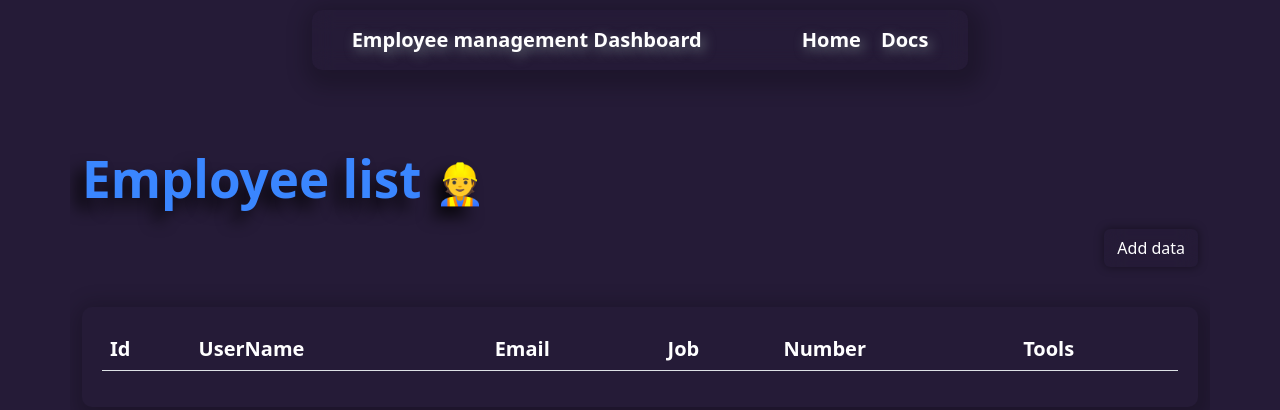
Repository: iamevs/Employee-Management-System
Page: /home (app in client/)
The author's editor kept a copy of each file at every save. The page is drawn from the files as they stood at one save, then again after the next save.
The browser window is 1280 px wide. The pictures show the whole page.
The page's requests for data from a server got no answer. The project was rebuilt for these pictures with package versions that can differ from the ones it lists, and the page was loaded fresh each time. No one was signed in, and anything a server would have sent is missing. Also part of the build but not shown: client/vite.config.js, client/src/components/Register.jsx, client/src/components/Edit.jsx, client/src/components/Hero.jsx. Imported but missing from the stored project, and not drawn on this page: client/src/components/Details.

Above is the page before, as saved 2022-11-29 00:27:22.

### client/index.html
<html lang="en">
  <head>
    <meta charset="UTF-8" />
    <link rel="icon" type="image/svg+xml" href="/vite.svg" />
    <meta name="viewport" content="width=device-width, initial-scale=1.0" />
    <title>employee-management</title>
  </head>
  <body>
    <div id="root"></div>
    <script type="module" src="/src/main.jsx"></script>
  </body>
</html>

### client/src/main.jsx
import React, { StrictMode } from 'react';
import ReactDOM from 'react-dom';
import { createRoot } from "react-dom/client";
import './index.css';
import App from './App';
import { BrowserRouter } from "react-router-dom"
import ContextProvider from "./components/context/ContextProvider";
// root.render(
//   <StrictMode>
//   <ContextProvider>
//     <BrowserRouter>
//       <App />
//     </BrowserRouter>
//   </ContextProvider>
//   </StrictMode>
//   ,
//   document.getElementById('root')
// );


createRoot(document.getElementById('root')).render(
  <ContextProvider>
    <BrowserRouter>
      <App />
    </BrowserRouter>
  </ContextProvider>
)

### client/src/index.css
body {
  margin: 0;
  font-family: -apple-system, BlinkMacSystemFont, 'Segoe UI', 'Roboto', 'Oxygen',
    'Ubuntu', 'Cantarell', 'Fira Sans', 'Droid Sans', 'Helvetica Neue',
    sans-serif;
  -webkit-font-smoothing: antialiased;
  -moz-osx-font-smoothing: grayscale;
  background-color: #251B37 !important;
  color: #fff !important;
}

code {
  font-family: source-code-pro, Menlo, Monaco, Consolas, 'Courier New',
    monospace;
}

.btns{
  display: flex;
  justify-content: space-between;
}

.btns > .tool, .tool{
  /* border: 1px solid #fff; */
  backdrop-filter: blur(10px);
  box-shadow: 0px 0px 9px 1px rgb(0 0 0 / 35%);
}

### client/src/App.jsx
import './App.css';
import "../node_modules/bootstrap/dist/css/bootstrap.min.css"
import "../node_modules/bootstrap/dist/js/bootstrap.bundle.min.js"
import Navbar from './components/Navbar';
import Home from './components/Home';
import Register from './components/Register';
import Edit from './components/Edit';
import Details from './components/Details';
import Hero from "./components/Hero.jsx";
import {Routes,Route} from "react-router-dom"




function App() {
  return (
   <>
    <Navbar />
    <Routes>
      <Route path="/" element={<Hero/>} />
      <Route  path="/home" element={<Home/>} />
      <Route exact path="/register" element={<Register/>} />
      <Route exact path="/edit/:id" element={<Edit/>} />
      <Route exact path="/view/:id" element={<Details/>} />
    </Routes>

   </>
  );
}

export default App;

### client/src/components/context/ContextProvider.jsx
import React, { createContext, useState } from 'react'


export const adddata = createContext("");
export const updatedata = createContext("");
export const deldata = createContext("");

const ContextProvider = ({ children }) => {

    const [udata, setUdata] = useState("");
    const [updata, setUPdata] = useState("");
    const [dltdata, setDLTdata] = useState("");


    return (
        <adddata.Provider value={{ udata, setUdata }}>
            <updatedata.Provider value={{ updata, setUPdata }}>
                <deldata.Provider value={{dltdata, setDLTdata}}>
                    {children}
                </deldata.Provider>

            </updatedata.Provider>

        </adddata.Provider>
    )
}

export default ContextProvider;

### client/src/App.css
.add_btn{
  text-align: right;
}

.container{
  overflow: auto;
}

.left_view h3{
  font-size: 21px;
}

.left_view p{
  font-weight: 600;
}

.left_view span{
  font-weight: 400;
}

.right_view p{
  font-weight: 600;
}


.right_view span{
  font-weight: 400;
}

### client/src/components/Navbar.jsx
import React from 'react'
import { NavLink } from 'react-router-dom'
import { Box, Stack } from "@mui/material";


const Navbar = () => {
    return (
        <Stack justifyContent={"center"} direction={"row"} marginTop={"10px"}>
            <Box justifyContent={"space-between"} className="navbar navbar-expand-lg text-white" sx={{
                backgroundColor: "transparent",
                backdropFilter: "blur(10px) !important",
                position: "relative",
                color: "white",
                boxShadow: "4px 7px 20px 11px rgb(0 0 0 / 20%)",
                height: "60px",
                padding: "0 40px 0 40px",
                width: "auto",
                borderRadius: "10px"
            }}>
                <Box sx={{
                    fontSize: "20px",
                    textShadow: "3px 4px 12px #6c757d",
                    fontWeight: "bold",
                    marginRight: "100px"
                }}>Employee management Dashboard</Box>
                <Box direction={"row"}>
                    <a href="/home" style={{
                        color: "white",
                        fontSize: "20px",
                        textShadow: "3px 4px 12px #6c757d",
                        fontWeight: "bold",
                        textDecoration: "none",
                    }}>Home</a>
                    <a href="/" style={{
                        color: "white",
                        fontSize: "20px",
                        textShadow: "3px 4px 12px #6c757d",
                        fontWeight: "bold",
                        textDecoration: "none",
                        marginLeft: "20px"
                    }}>Docs</a>

                </Box>
            </Box>
        </Stack>
    )
}

export default Navbar

### client/src/components/Home.jsx
import React, { useState, useEffect, useContext } from 'react'
import ReadMoreRoundedIcon from '@mui/icons-material/ReadMoreRounded';
import NoteAltOutlinedIcon from '@mui/icons-material/NoteAltOutlined';
import DeleteOutlineIcon from '@mui/icons-material/DeleteOutline';
import { NavLink } from 'react-router-dom';
import { adddata, deldata } from './context/ContextProvider';
import { updatedata } from './context/ContextProvider'
import ReactTooltip from 'react-tooltip';

var getuserlink = "http://localhost:8001/getusers";


const Home = () => {

    const [getuserdata, setUserdata] = useState([]);

    console.log(getuserdata);

    const { udata, setUdata } = useContext(adddata);

    const { updata, setUPdata } = useContext(updatedata);

    const { dltdata, setDLTdata } = useContext(deldata);

    const getdata = async () => {

        const res = await fetch(getuserlink, {
            method: "GET",
            headers: {
                "Content-Type": "application/json"
            }
        });

        const data = await res.json();
        console.log(data);

        if (res.status === 422 || !data) {
            console.log("error ");

        } else {
            setUserdata(data)
            console.log("get data");

        }
    }

    useEffect(() => {
        getdata();
    }, [])

    const deleteuser = async (id) => {

        const res2 = await fetch(`/deleteuser/${id}`, {
            method: "DELETE",
            headers: {
                "Content-Type": "application/json"
            }
        });

        const deletedata = await res2.json();
        console.log(deletedata);

        if (res2.status === 422 || !deletedata) {
            console.log("error");
        } else {
            console.log("user deleted");
            setDLTdata(deletedata)
            getdata();
        }

    }


    return (

        <>
            {
                udata ?
                    <>
                        <div className="alert alert-success alert-dismissible fade show" role="alert">
                            <strong>{udata.name}</strong>  added succesfully!
                            <button type="button" className="btn-close" data-bs-dismiss="alert" aria-label="Close"></button>
                        </div>
                    </> : ""
            }
            {
                updata ?
                    <>
                        <div className="alert alert-success alert-dismissible fade show" role="alert">
                            <strong>{updata.name}</strong>  updated succesfully!
                            <button type="button" className="btn-close" data-bs-dismiss="alert" aria-label="Close"></button>
                        </div>
                    </> : ""
            }

            {
                dltdata ?
                    <>
                        <div className="alert alert-danger alert-dismissible fade show" role="alert">
                            <strong>{dltdata.name}</strong>  deleted succesfully!
                            <button type="button" className="btn-close" data-bs-dismiss="alert" aria-label="Close"></button>
                        </div>
                    </> : ""
            }


            <div className="mt-5">
                <div className="container">

                    <h2 style={{
                        marginTop: "30px", fontSize: "3.2rem",
                        color: "#3a86ff",
                        fontWeight: "600",
                        marginBottom: "20px",
                        textShadow: "-10px 10px 15px rgba(0, 0, 0, 0.8)"
                    }}>Employee list <span style={{ fontSize: "40px" }}>👷</span> </h2>
                    <div className="add_btn mt-2 mb-2">
                        <NavLink to="/register" className="btn text-white tool">Add data</NavLink>
                    </div>

                    <div className='table-responsive' style={{
                        backgroundColor: "transparent",
                        backdropFilter: "blur(10px) !important",
                        // position: "relative",
                        color: "white",
                        boxShadow: "4px 7px 20px 11px rgb(0 0 0 / 20%)",
                        borderRadius: "10px",
                        padding: "20px",
                        height: "auto",
                        margin: "40px 0 40px 0"
                    }}>
                        <table class="table">
                            <thead>
                                <tr className="table text-white col-6" style={{
                                    fontSize: "20px",
                                }}>
                                    <th scope="col">Id</th>
                                    <th scope="col">UserName</th>
                                    <th scope="col">Email</th>
                                    <th scope="col">Job</th>
                                    <th scope="col">Number</th>
                                    <th scope="col">Tools</th>
                                </tr>
                            </thead>
                            <tbody>

                                {
                                    getuserdata.map((val, ind) => {
                                        return (
                                            <tr className='text-white'>
                                                <th scope="row">{ind + 1}</th>
                                                <td>{val.name}</td>
                                                <td>{val.email}</td>
                                                <td>{val.work}</td>
                                                <td>{val.mobile}</td>
                                                <td className='btns'>
                                                    <NavLink to={`/view/${val._id}`} className="btn text-white tool" data-tip="More Details"><ReadMoreRoundedIcon /></NavLink>
                                                    <NavLink to={`/update/${val._id}`} className="btn text-white tool" data-tip="Edit Details"><NoteAltOutlinedIcon /></NavLink>
                                                    <button onClick={() => deleteuser(val._id)} className="btn text-white tool" data-tip="Fire Employee"><DeleteOutlineIcon /></button>
                                                    <ReactTooltip />
                                                </td>
                                            </tr>
                                        )
                                    })
                                }
                            </tbody>
                        </table>
                    </div>
                </div>
            </div>
        </>
    )
}

export default Home

After the next save:
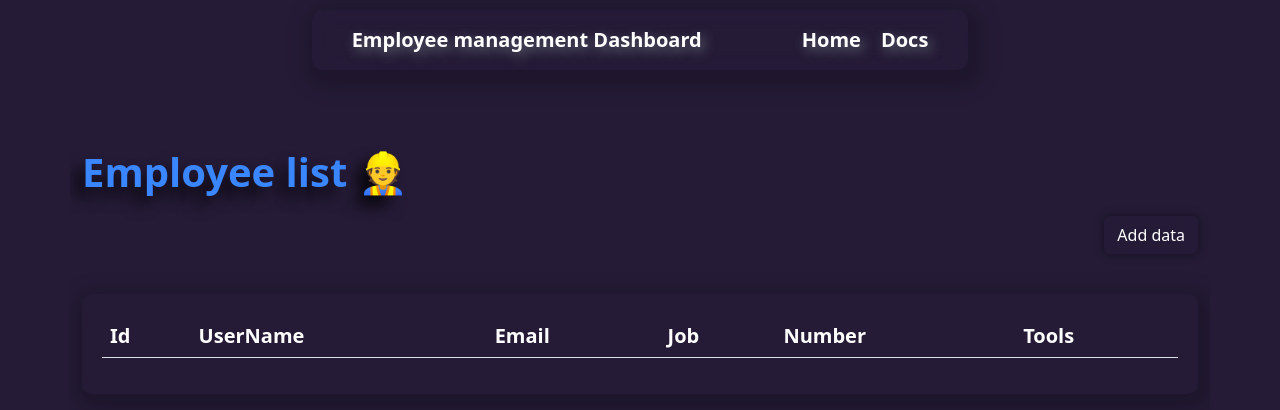
Saved 4 s later.
--- a/client/src/components/Home.jsx
+++ b/client/src/components/Home.jsx
@@ -108,7 +108,7 @@ const Home = () => {
                 <div className="container">
 
                     <h2 style={{
-                        marginTop: "30px", fontSize: "3.2rem",
+                        marginTop: "30px", fontSize: "2.5rem",
                         color: "#3a86ff",
                         fontWeight: "600",
                         marginBottom: "20px",
